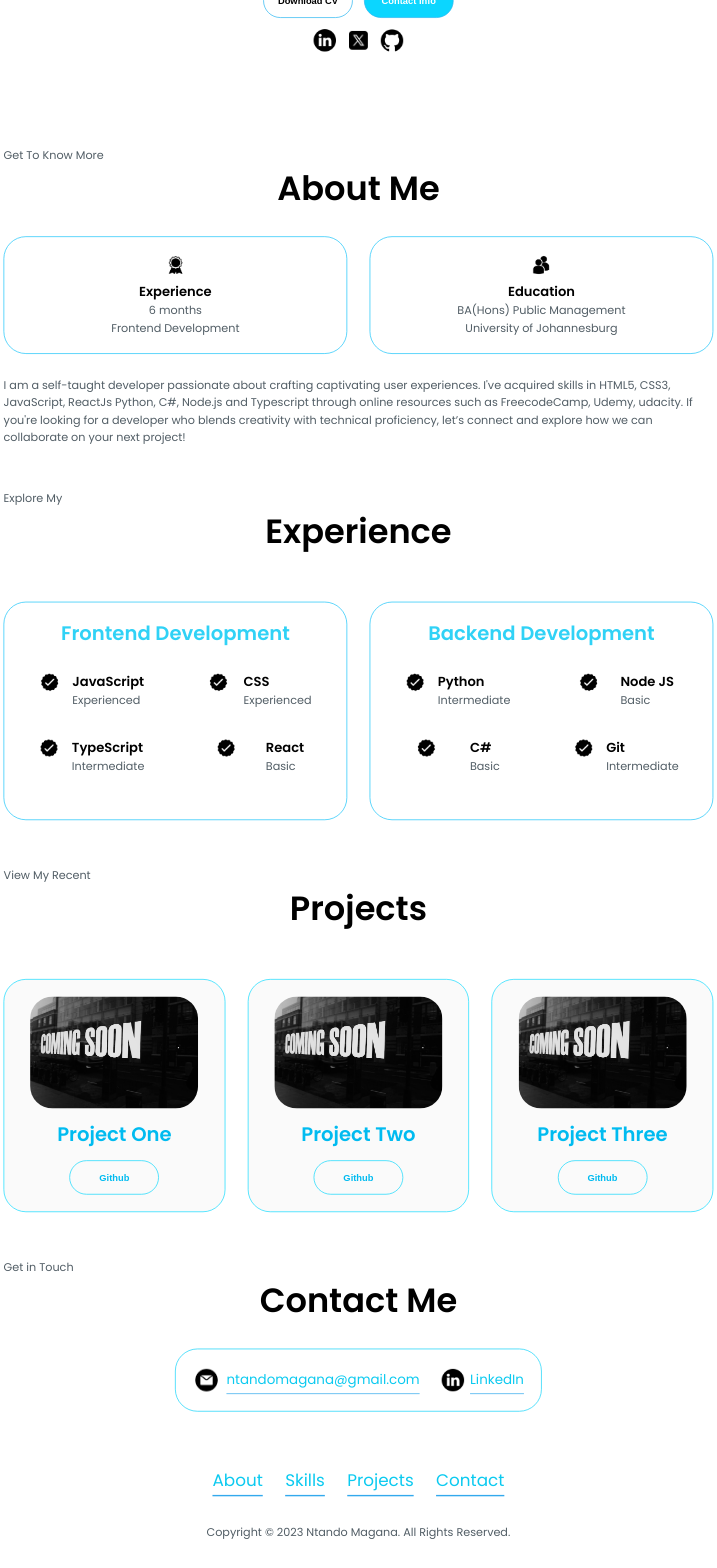
Repository: ntandomagana/FS-Dev-Portfolio
Page: index.html
The author's editor kept a copy of each file at every save. The page is drawn from the files as they stood at one save, then again after a run of saves.
The browser window is 1024 px wide. The pictures show the part of the page from y = 642 to 2882 px (the page is 2882 px tall before and 2786 px after), at 70% of full size.

Above is the page before, as saved 2024-05-06 11:20:59.

### index.html
<!DOCTYPE html>
<html lang="en">
  <head>
    <meta charset="UTF-8" />
    <meta http-equiv="X-UA-Compatible" content="IE=edge" />
    <meta name="viewport" content="width=device-width, initial-scale=1.0" />
    <title>My Portfolio</title>
    <link rel="stylesheet" href="style.css" />
    <link rel="stylesheet" href="mediaqueries.css" />
  </head>
  <body>
    <nav id="desktop-nav">
      <div class="logo">Berry Codes</div>
      <div>
        <ul class="nav-links">
          <li><a href="#about">About</a></li>
          <li><a href="#experience">Skills</a></li>
          <li><a href="#projects">Projects</a></li>
          <li><a href="#contact">Contact</a></li>
        </ul>
      </div>
    </nav>
    <nav id="hamburger-nav">
      <div class="logo">Coding Berry</div>
      <div class="hamburger-menu">
        <div class="hamburger-icon" onclick="toggleMenu()">
          <span></span>
          <span></span>
          <span></span>
        </div>
        <div class="menu-links">
          <li><a href="#about" onclick="toggleMenu()">About</a></li>
          <li><a href="#experience" onclick="toggleMenu()">Skills</a></li>
          <li><a href="#projects" onclick="toggleMenu()">Projects</a></li>
          <li><a href="#contact" onclick="toggleMenu()">Contact</a></li>
        </div>
      </div>
    </nav>
    <section id="profile">
      <div class="section-pic-container">
        <img src="./assets/bwpp.jpg" alt="profile picture" />
      </div>
      <div class="section-text">
        <p class="section-text-p1">Hello there, I am</p>

        <h1 class="title"><span id="typed-text"></span></h1>

        <p class="section-text-p2">Frontend Developer</p>
        <div class="btn-container">
          <button
            class="btn btn-color-2"
            onclick="window.open('./assets/NP Magana - Web Developer.pdf')"
          >
            Download CV
          </button>
          <button class="btn btn-color-1" onclick="location.href='./#contact'">
            Contact Info
          </button>
        </div>
        <div id="socials-container">
          <img
            src="./assets/linkedin.png"
            alt="My LinkedIn profile"
            class="icon"
            onclick="location.href='https://www.linkedin.com/in/ntandoyenkosi-magana-/'"
          />

          <img
            src="./assets/icons8-twitterx-50.png"
            alt="My Github profile"
            class="icon"
            onclick="location.href='https://twitter.com/Sir_M_Charles'"
          />
          <img
            src="./assets/github.png"
            alt="My Github profile"
            class="icon"
            onclick="location.href='https://github.com/ntandomagana'"
          />
        </div>
      </div>
    </section>
    <section id="about">
      <p class="section__text__p1">Get To Know More</p>
      <h1 class="title">About Me</h1>
      <div class="section-container">
        <div class="about-details-container">
          <div class="about-containers">
            <div class="details-container">
              <img
                src="./assets/experience.png"
                alt="Experience icon"
                class="icon"
              />
              <h3>Experience</h3>
              <p>6 months <br />Frontend Development</p>
            </div>
            <div class="details-container">
              <img
                src="./assets/education.png"
                alt="Education icon"
                class="icon"
              />
              <h3>Education</h3>
              <p>BA(Hons) Public Management <br />University of Johannesburg</p>
            </div>
          </div>
          <div class="text-container">
            <p>
              I am a self-taught developer passionate about crafting captivating
              user experiences. I've acquired skills in HTML5, CSS3, JavaScript,
              ReactJs Python, C#, Node.js and Typescript through online
              resources such as FreecodeCamp, Udemy, udacity. If you're looking
              for a developer who blends creativity with technical proficiency,
              let’s connect and explore how we can collaborate on your next
              project!
            </p>
          </div>
        </div>
      </div>
      <img
        src="./assets/arrow.png"
        alt="Arrow icon"
        class="icon arrow"
        onclick="location.href='./#experience'"
      />
    </section>
    <section id="experience">
      <p class="section__text__p1">Explore My</p>
      <h1 class="title">Experience</h1>
      <div class="experience-details-container">
        <div class="about-containers">
          <div class="details-container">
            <h2 class="experience-sub-title">Frontend Development</h2>
            <div class="article-container">
              <article>
                <img
                  src="./assets/checkmark.png"
                  alt="Experience icon"
                  class="icon"
                />
                <div>
                  <h3>JavaScript</h3>
                  <p>Experienced</p>
                </div>
              </article>
              <article>
                <img
                  src="./assets/checkmark.png"
                  alt="Experience icon"
                  class="icon"
                />
                <div>
                  <h3>CSS</h3>
                  <p>Experienced</p>
                </div>
              </article>
              <article>
                <img
                  src="./assets/checkmark.png"
                  alt="Experience icon"
                  class="icon"
                />
                <div>
                  <h3>TypeScript</h3>
                  <p>Intermediate</p>
                </div>
              </article>
              <article>
                <img
                  src="./assets/checkmark.png"
                  alt="Experience icon"
                  class="icon"
                />
                <div>
                  <h3>React</h3>
                  <p>Basic</p>
                </div>
              </article>
              <article></article>
            </div>
          </div>
          <div class="details-container">
            <h2 class="experience-sub-title">Backend Development</h2>
            <div class="article-container">
              <article>
                <img
                  src="./assets/checkmark.png"
                  alt="Experience icon"
                  class="icon"
                />
                <div>
                  <h3>Python</h3>
                  <p>Intermediate</p>
                </div>
              </article>
              <article>
                <img
                  src="./assets/checkmark.png"
                  alt="Experience icon"
                  class="icon"
                />
                <div>
                  <h3>Node JS</h3>
                  <p>Basic</p>
                </div>
              </article>
              <article>
                <img
                  src="./assets/checkmark.png"
                  alt="Experience icon"
                  class="icon"
                />
                <div>
                  <h3>C#</h3>
                  <p>Basic</p>
                </div>
              </article>
              <article>
                <img
                  src="./assets/checkmark.png"
                  alt="Experience icon"
                  class="icon"
                />
                <div>
                  <h3>Git</h3>
                  <p>Intermediate</p>
                </div>
              </article>
            </div>
          </div>
        </div>
      </div>
      <img
        src="./assets/arrow.png"
        alt="Arrow icon"
        class="icon arrow"
        onclick="location.href='./#projects'"
      />
    </section>
    <section id="projects">
      <p class="section__text__p1">View My Recent</p>
      <h1 class="title">Projects</h1>
      <div class="experience-details-container">
        <div class="about-containers">
          <div class="details-container color-container">
            <div class="article-container">
              <img
                src="./assets/coming soon.jpg"
                alt="Project 1"
                class="project-img"
              />
            </div>
            <h2 class="experience-sub-title project-title">Project One</h2>
            <div class="btn-container">
              <button
                class="btn btn-color-2 project-btn"
                onclick="location.href='https://github.com/'"
              >
                Github
              </button>
            </div>
          </div>
          <div class="details-container color-container">
            <div class="article-container">
              <img
                src="./assets/coming soon.jpg"
                alt="Project 2"
                class="project-img"
              />
            </div>
            <h2 class="experience-sub-title project-title">Project Two</h2>
            <div class="btn-container">
              <button
                class="btn btn-color-2 project-btn"
                onclick="location.href='https://github.com/'"
              >
                Github
              </button>
            </div>
          </div>
          <div class="details-container color-container">
            <div class="article-container">
              <img
                src="./assets/coming soon.jpg"
                alt="Project 3"
                class="project-img"
              />
            </div>
            <h2 class="experience-sub-title project-title">Project Three</h2>
            <div class="btn-container">
              <button
                class="btn btn-color-2 project-btn"
                onclick="location.href='https://github.com/'"
              >
                Github
              </button>
            </div>
          </div>
        </div>
      </div>
      <img
        src="./assets/arrow.png"
        alt="Arrow icon"
        class="icon arrow"
        onclick="location.href='./#contact'"
      />
    </section>
    <section id="contact">
      <p class="section__text__p1">Get in Touch</p>
      <h1 class="title">Contact Me</h1>
      <div class="contact-info-upper-container">
        <div class="contact-info-container">
          <img
            src="./assets/email.png"
            alt="Email icon"
            class="icon contact-icon email-icon"
          />
          <p>
            <a href="mailto:ntandomagana@gmail.com">ntandomagana@gmail.com</a>
          </p>
        </div>
        <div class="contact-info-container">
          <img
            src="./assets/linkedin.png"
            alt="LinkedIn icon"
            class="icon contact-icon"
          />
          <p><a href="https://www.linkedin.com">LinkedIn</a></p>
        </div>
      </div>
    </section>
    <footer>
      <nav>
        <div class="nav-links-container">
          <ul class="nav-links">
            <li><a href="#about">About</a></li>
            <li><a href="#experience">Skills</a></li>
            <li><a href="#projects">Projects</a></li>
            <li><a href="#contact">Contact</a></li>
          </ul>
        </div>
      </nav>
      <p>Copyright &#169; 2023 Ntando Magana. All Rights Reserved.</p>
    </footer>
    <script src="script.js"></script>
  </body>
</html>

### style.css
@import url("https://fonts.googleapis.com/css2?family=Poppins:wght@300;400;500;600&display=swap");

* {
  margin: 0;
  padding: 0;
}

body {
  font-family: "Poppins", sans-serif;
}

html {
  scroll-behavior: smooth;
}

p {
  color: #515d65;
}

section {
  margin-bottom: 2px;
}

a,
.btn {
  transition: all 300ms ease;
}

nav,
.nav-links {
  display: flex;
}

nav {
  justify-content: space-around;
  align-items: center;
  height: 17vh;
}

.nav-links {
  gap: 2rem;
  list-style-type: none;
  font-size: 1.5rem;
}

a {
  color: rgb(11, 202, 240);
  text-decoration: underline;
  text-underline-offset: 0.8rem;
  text-decoration-color: rgb(51, 169, 237);
}

.logo {
  font-size: 2rem;
}

.logo:hover {
  cursor: default;
}

#hamburger-nav {
  display: none;
}

.hamburger-menu {
  position: relative;
  display: inline-block;
}

.hamburger-icon {
  display: flex;
  flex-direction: column;
  justify-content: space-between;
  height: 24px;
  width: 30px;
  cursor: pointer;
}



.hamburger-icon span {
  width: 100%;
  height: 2px;
  background-color: rgb(9, 255, 255);
  transition: all 0.3 ease-in-out;
}

.menu-links {
  position: absolute;
  top: 100%;
  right: 0;
  background-color: white;
  width: fit-content;
  max-height: 0;
  overflow: hidden;
  transition: all 0.3 ease-in-out;
}

.menu-links a {
  display: block;
  padding: 10px;
  text-align: center;
  font-size: 1.5rem;
  color: rgb(15, 224, 231);
  text-decoration: none;
  transition: all 0.3 ease-in-out;
}

.menu-links li {
  list-style-type: none;
}

.menu-links.open {
  max-height: 300px;
}

.hamburger-icon.open span:first-child {
  transform: rotate(45deg) translate(10px, 5px);
}

.hamburger-icon.open span:nth-child(2) {
  opacity: 0;
}

.hamburger-icon.open span:last-child {
  transform: rotate(-45deg) translate(10px, -5px);
}

.hamburger-icon span:first-child {
  transform: none;
}

.hamburger-icon span:first-child {
  opacity: 1;
}

.hamburger-icon span:first-child {
  transform: none;
}

section {
  padding-top: 4vh;
  height: 96vh;
  margin: 0 10rem;
  box-sizing: border-box;
  min-height: fit-content;
}

.section-container {
  display: flex;
}

#profile {
  display: flex;
  justify-content: center;
  gap: 5rem;
  height: 80vh;
}

.section-pic-container {
  display: flex;
  height: 400px;
  width: 400px;
  margin: auto 0;
}

.section-text {
  align-self: center;
  text-align: center;
}

.section-text p {
  font-weight: 600;
}

.section-text-p1 {
  text-align: center;
}

.section-text-p2 {
  font-size: 1.75rem;
  margin-bottom: 1rem;
}

.title {
  font-size: 3rem;
  text-align: center;
}

#socials-container {
  display: flex;
  justify-content: center;
  margin-top: 1rem;
  gap: 1rem;
}

.icon {
  cursor: pointer;
  height: 2rem;
}

/* BUTTONS */

.btn-container {
  display: flex;
  justify-content: center;
  gap: 1rem;
}

.btn {
  font-weight: 600;
  transition: all 300ms ease;
  padding: 1rem;
  width: 8rem;
  border-radius: 2rem;
}

.btn-color-1,
.btn-color-2 {
  border: rgb(43, 182, 241) 0.1rem solid;
}

.btn-color-1:hover,
.btn-color-2:hover {
  cursor: pointer;
}

.btn-color-1,
.btn-color-2:hover {
  background: rgb(11, 214, 255);
  color: white;
}

.btn-color-1:hover {
  background: rgb(83, 215, 232);
}

.btn-color-2 {
  background: none;
}

.btn-color-2:hover {
  border: rgb(26, 210, 243) 0.2rem solid;
}

.btn-container {
  gap: 1rem;
}

/* ABOUT SECTION */

#about {
  position: relative;
}

.about-containers {
  gap: 2rem;
  margin-bottom: 2rem;
  margin-top: 2rem;
}

.about-details-container {
  justify-content: center;
  flex-direction: column;
}

.about-containers,
.about-details-container {
  display: flex;
}

.arrow {
  position: absolute;
  right: -5rem;
  bottom: 2.5rem;
}

.details-container {
  padding: 1.5rem;
  flex: 1;
  background: white;
  border-radius: 2rem;
  border: rgb(34, 174, 239) 0.1rem solid;
  border-color: rgb(28, 197, 249);
  text-align: center;
}

.section-container {
  gap: 4rem;
  height: 80%;
}

.section__pic-container {
  height: 400px;
  width: 400px;
  margin: auto 0;
}

/* EXPERIENCE SECTION */

#experience {
  position: relative;
}

.experience-sub-title {
  color: rgb(48, 210, 246);
  font-weight: 600;
  font-size: 1.75rem;
  margin-bottom: 2rem;
}

.experience-details-container {
  display: flex;
  justify-content: center;
  flex-direction: column;
}

.article-container {
  display: flex;
  text-align: initial;
  flex-wrap: wrap;
  flex-direction: row;
  gap: 2.5rem;
  justify-content: space-around;
}

article {
  display: flex;
  width: 10rem;
  justify-content: space-around;
  gap: 0.5rem;
}

article .icon {
  cursor: default;
}

/* PROJECTS SECTION */

#projects {
  position: relative;
}

.color-container {
  border-color: rgb(21, 220, 255);
  background: rgb(250, 250, 250);
}

.project-img {
  border-radius: 2rem;
  width: 90%;
  height: 90%;
}

.project-title {
  margin: 1rem;
  color: #00bbf0;
}

.project-btn {
  color: #00bbf0;
  border-color: rgb(18, 217, 252);
}

/* CONTACT */

#contact {
  display: flex;
  justify-content: center;
  flex-direction: column;
  height: 70vh;
}

.contact-info-upper-container {
  display: flex;
  justify-content: center;
  border-radius: 2rem;
  border: rgb(16, 220, 242) 0.1rem solid;
  border-color: rgb(19, 211, 250);
  background: (250, 250, 250);
  margin: 2rem auto;
  padding: 0.5rem;
}

.contact-info-container {
  display: flex;
  align-items: center;
  justify-content: center;
  gap: 0.5rem;
  margin: 1rem;
}

.contact-info-container p {
  font-size: larger;
}

.contact-icon {
  cursor: default;
}

.email-icon {
  height: 2.5rem;
}

footer {
  height: 26vh;
  margin: 0 1rem;
}

footer p {
  text-align: center;
}

/* Add this CSS to your existing style.css or create a new style tag in the head of your HTML */

/* Bold, underline, and bubble effect for the logo */
.logo {
  font-weight: bold;
  text-decoration: wavy;
  display: inline-block;
  position: relative;
  border: 8px solid #1ea5ff; /* Adjust the border thickness and color as needed */
  padding: 6px; /* Adjust the padding as needed */
}

.logo::after {
  content: "";
  position: absolute;
  width: 100%;
  height: 0;
  bottom: 0;
  left: 0;
  opacity: 0;
  border-bottom: 2px solid #fff;
  animation: bubble 0.5s infinite ease-in-out;
}

@keyframes bubble {
  0% {
    height: 0;
    opacity: 0;
  }
  50% {
    height: 100%;
    opacity: 1;
  }
  100% {
    height: 0;
    opacity: 0;
  }
}

### mediaqueries.css
@media screen and (max-width: 1400px) {
    #profile {
        height: 83vh;
        margin-bottom: 6rem;
    }

    .about-containers {
        flex-wrap: wrap;
    }

    #contact,
    #projects {
        height: fit-content;
    }
}

@media screen and (max-width: 1200px) {
    #desktop-nav {
        display: none;
    }

    #hamburger-nav {
        display: flex;
    }

    #experience,
    .experience-details-container {
        margin-top: 2rem;

    }

    #profile,
    .section-container {
        display: block;
    }

    .arrow {
        display: none;
    }

    section,
    .section-container {
        height: fit-content;
    }

    section {
        margin: 0.5%;
    }

    .section-pic-container {
        width: 27spx;
        height: 275px;
        margin: 0 auto 2rem;
    }
}

### script.js
function toggleMenu() {
  const menu = document.querySelector(".menu-links");
  const icon = document.querySelector(".hamburger-icon");
  menu.classList.toggle("open");
  icon.classList.toggle("open");
}

//Javascript for looped typing effect
const typedText = document.getElementById("typed-text");
const textToType = 'Ntando Magana';

function typeText() {
  let index = 0;

  function type() {
    if (index < textToType.length) {
      typedText.innerHTML += textToType.charAt(index);
      index++;
      setTimeout(type, 200); // typing speed in milliseconds
    } else {
      setTimeout(erase, 300); // wait before erasing
    }
  }

  function erase() {
    if (typedText.innerHTML.length > 0) {
      typedText.innerHTML = typedText.innerHTML.slice(0, -1);
      setTimeout(erase, 300); //erasing speed in ms
    } else {
      index = 0; //Reset index for next typing cycle
      setTimeout(type, 200); // wait before typing again
    }
  }

  type(); // start typing
}

window.onload = typeText;

After the next 7 saves:
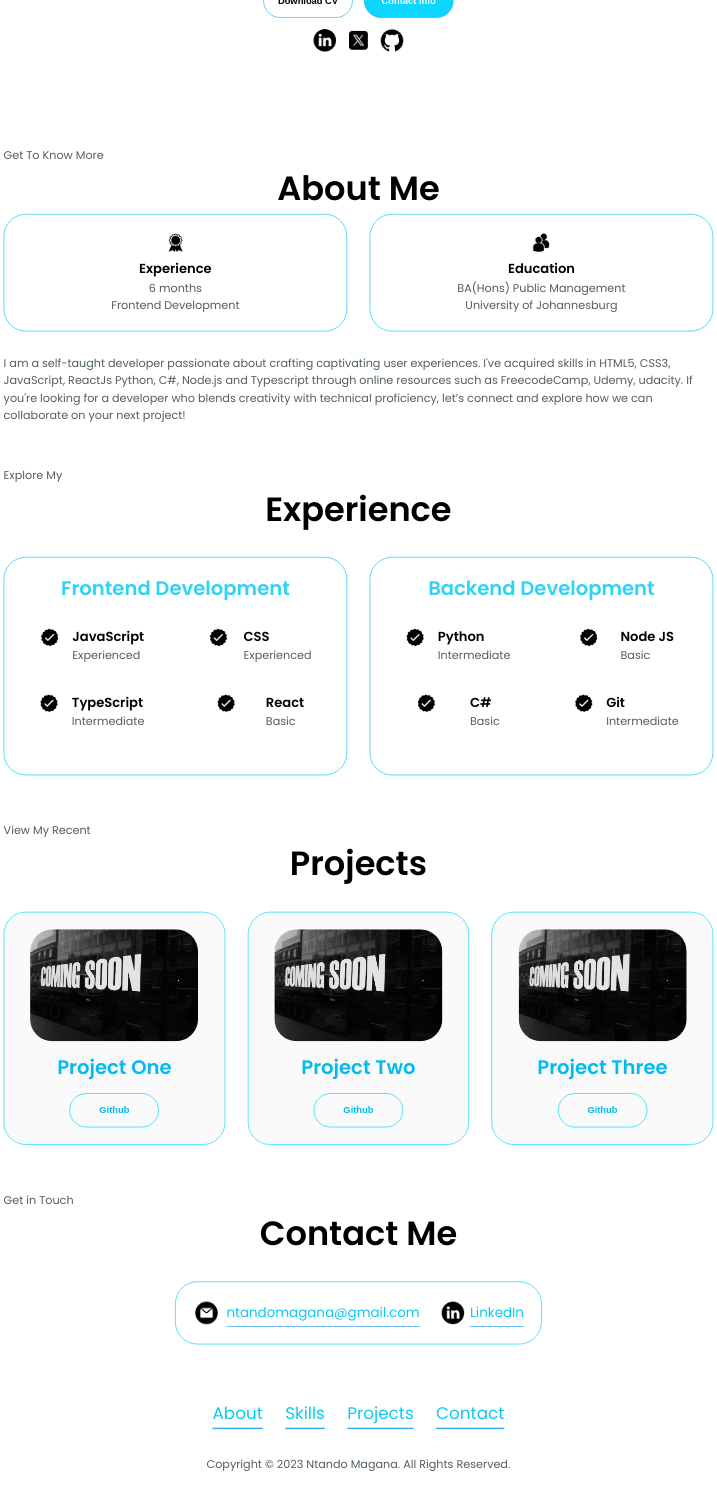
The 7 saves are shown as one change because they came seconds apart.
The last was saved 17 s later.
--- a/mediaqueries.css
+++ b/mediaqueries.css
@@ -52,4 +52,8 @@
         height: 275px;
         margin: 0 auto 2rem;
     }
+
+    .about-containers {
+        margin-top: 0;
+    }
 }
